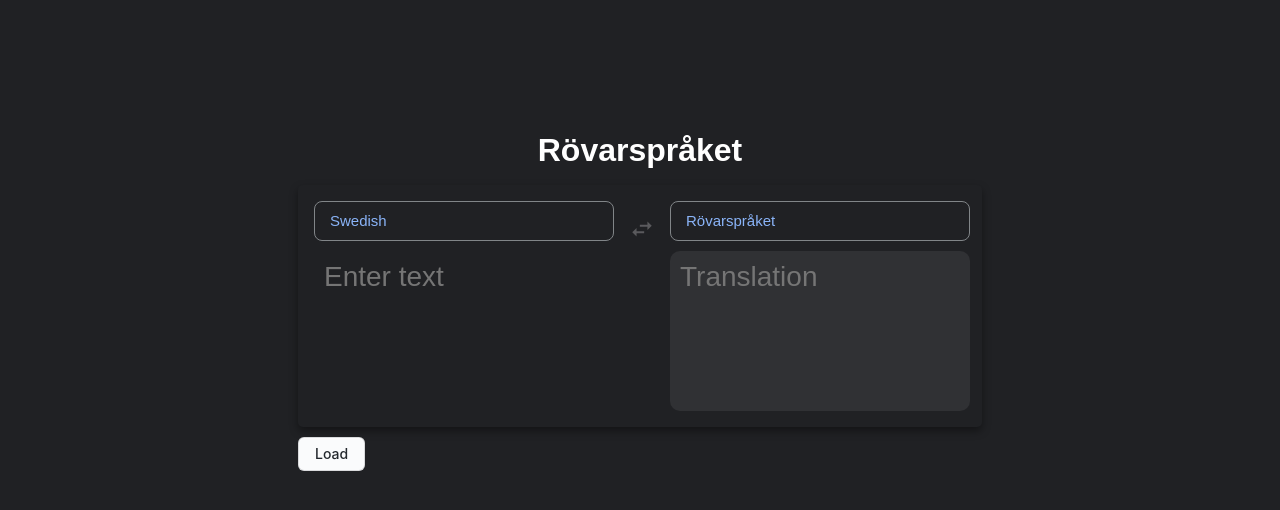
Repository: ShamroOoz/R-varspr-ket-Translator
Page: /
The author's editor kept a copy of each file at every save. The page is drawn from the files as they stood at one save, then again after the next save.
The browser window is 1280 px wide. The pictures show the whole page.
The project was rebuilt for these pictures with package versions that can differ from the ones it lists, and the page was loaded fresh each time.

Above is the page before, as saved 2022-05-18 00:03:09.

After the next save:
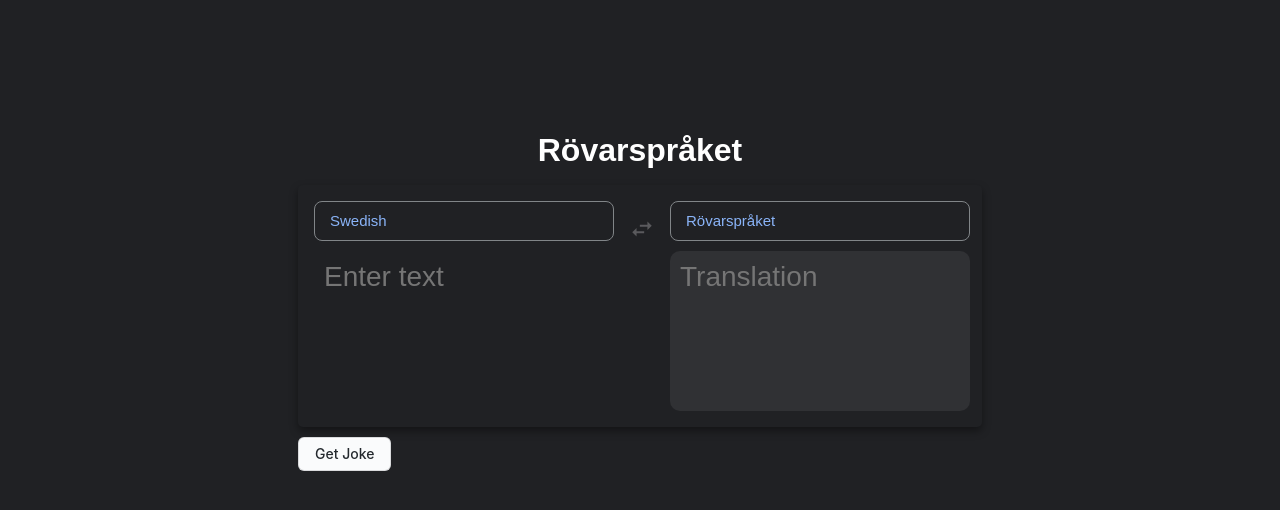
Saved 14 s later.
--- a/src/App.js
+++ b/src/App.js
@@ -75,7 +75,7 @@ function App() {
         />
       </div>
       <button class="button" type="button">
-        Load
+        Get Joke
       </button>
     </>
   );
